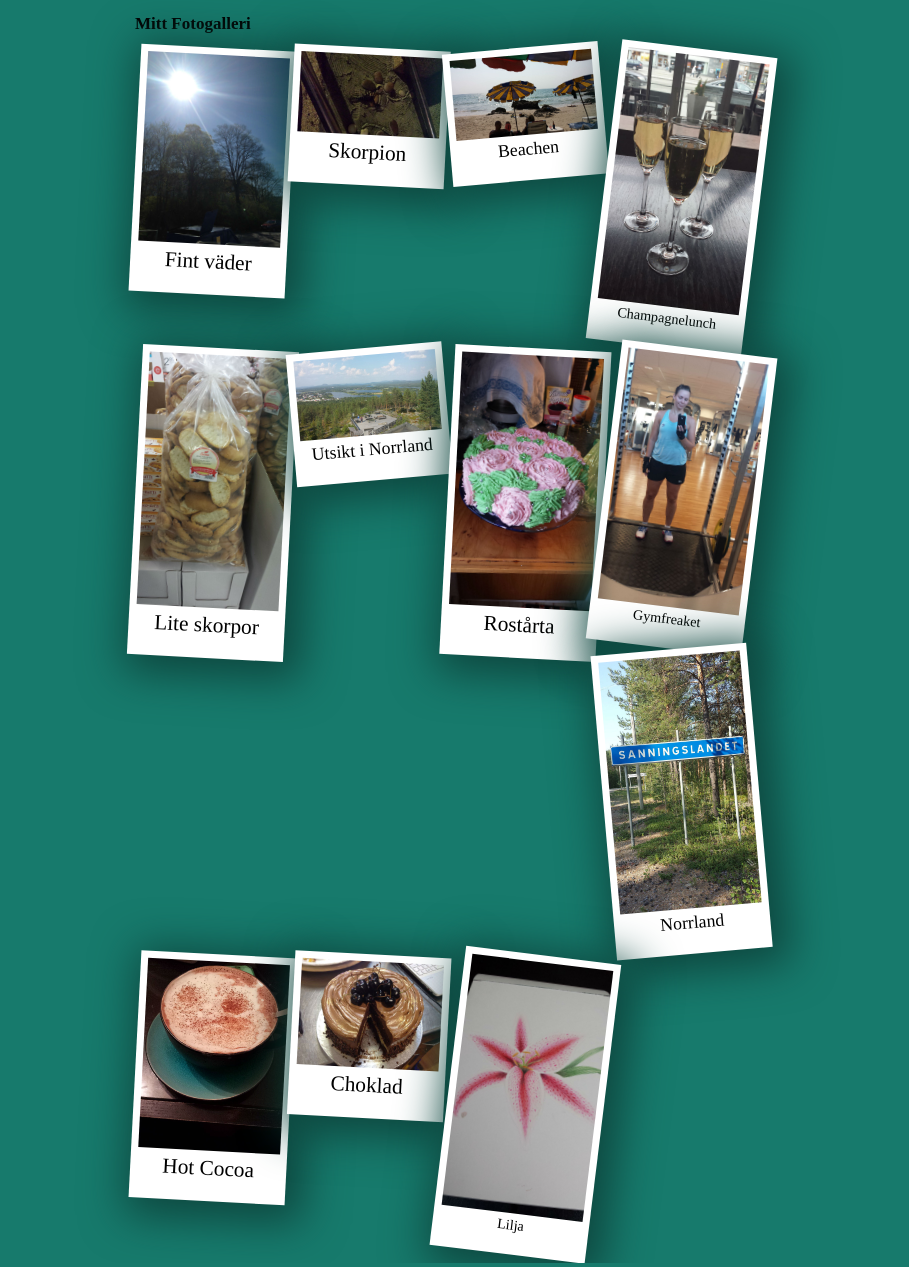
Repository: jc222fi/1ik415-laborationer
Page: gallery/index.html
The author's editor kept a record of every edit. The page is drawn from the files as they stood at one moment, then again after the next edit.
The browser window is 1280 px wide. The pictures show the whole page, at 71% of full size.

Above is the page before.

### gallery/index.html
<!doctype html>
<html>
    <head>
        <meta charset="utf-8" />
        <title>Johannas blogg</title>
        <link rel="icon" href="..pics/iOS.png" type="image/x-icon">
        <link rel="apple-touch-icon" href="../pics/iOS.png">
        <link rel="stylesheet" href="../css/gallery.css" />
    </head>
    <body>
        <section>
            <header>
                <h1>Mitt Fotogalleri</h1>
            </header>
            <div id="images">
                <a href="../pics/bild1.jpg" title="Fint väder"><img src="../pics/bild1.jpg" alt="Solen skiner över trädtopparna" /></a>
                <a href="../pics/bild2.jpg" title="Skorpion"><img src="../pics/bild2.jpg" alt="En skorpion som kryper på en stenmur" /></a>
                <a href="../pics/bild3.jpg" title="Beachen"><img src="../pics/bild3.jpg" alt="Solstolar på stranden vid havet" /></a>
                <a href="../pics/bild4.jpg" title="Champagnelunch"><img src="../pics/bild4.jpg" alt="Tre champagneglas med bubbel" /></a>
                <a href="../pics/bild5.jpg" title="Lite skorpor"><img src="../pics/bild5.jpg" alt="En stor säck med massa skorpor" /></a>
                <a href="../pics/bild6.jpg" title="Utsikt i Norrland"><img src="../pics/bild6.jpg" alt="Utsikten från utsiktsplatsen i Överkalix" /></a>
                <a href="../pics/bild7.jpg" title="Rostårta"><img src="../pics/bild7.jpg" alt="En gräddtårta med rosmönster" /></a>
                <a href="../pics/bild8.jpg" title="Gymfreaket"><img src="../pics/bild8.jpg" alt="Bild på mig när jag gymmar" /></a>
                <a href="../pics/bild9.jpg" title="Norrland"><img src="../pics/bild9.jpg" alt="Bild på vägskylt med Sanningslandet" /></a>
                <a href="../pics/bild10.jpg" title="Hot Cocoa"><img src="../pics/bild10.jpg" alt="Varm choklad" /></a>
                <a href="../pics/bild11.jpg" title="Choklad"><img src="../pics/bild11.jpg" alt="Chokladtårta" /></a>
                <a href="../pics/bild12.jpg" title="Lilja"><img src="../pics/bild12.jpg" alt="En målad lilja" /></a>
            </div>
        </section>
    </body>
</html>

### css/gallery.css
/*Layout, färg och text*/
body{
    background-color:#177a6c;
    font-family: 'Indie Flower', cursive;
}
section{
    width:900px;
    margin:0 auto;
}
#images a{
    width:200px;
    float:left;
    background-color:white;
    padding: 10px 10px 30px 10px;
    box-shadow:10px 10px 60px 15px #0e473f;
    -webkit-transform:rotate(3deg);
    text-decoration:none;
    text-align:center;
    font-size:30px;
    z-index:0;
}
    #images a:nth-child(3n){
        -webkit-transform:rotate(-5deg);
        font-size:25px;
    }
    #images a:nth-child(4n){
        -webkit-transform:rotate(7deg);
        font-size:20px;
    }
    #images a:after{
        color:black;
        content:attr(title);
    }
img{
    width:100%;
    height:100%;
    position:relative;
}

/*Beteende*/
#images a:hover{
    position:relative;
    z-index:80;
    -webkit-transition:all 0.5s linear;
    -webkit-transform:rotate(0deg);
    -webkit-transform:scale(1.2);
    box-shadow
}

After the next edit:
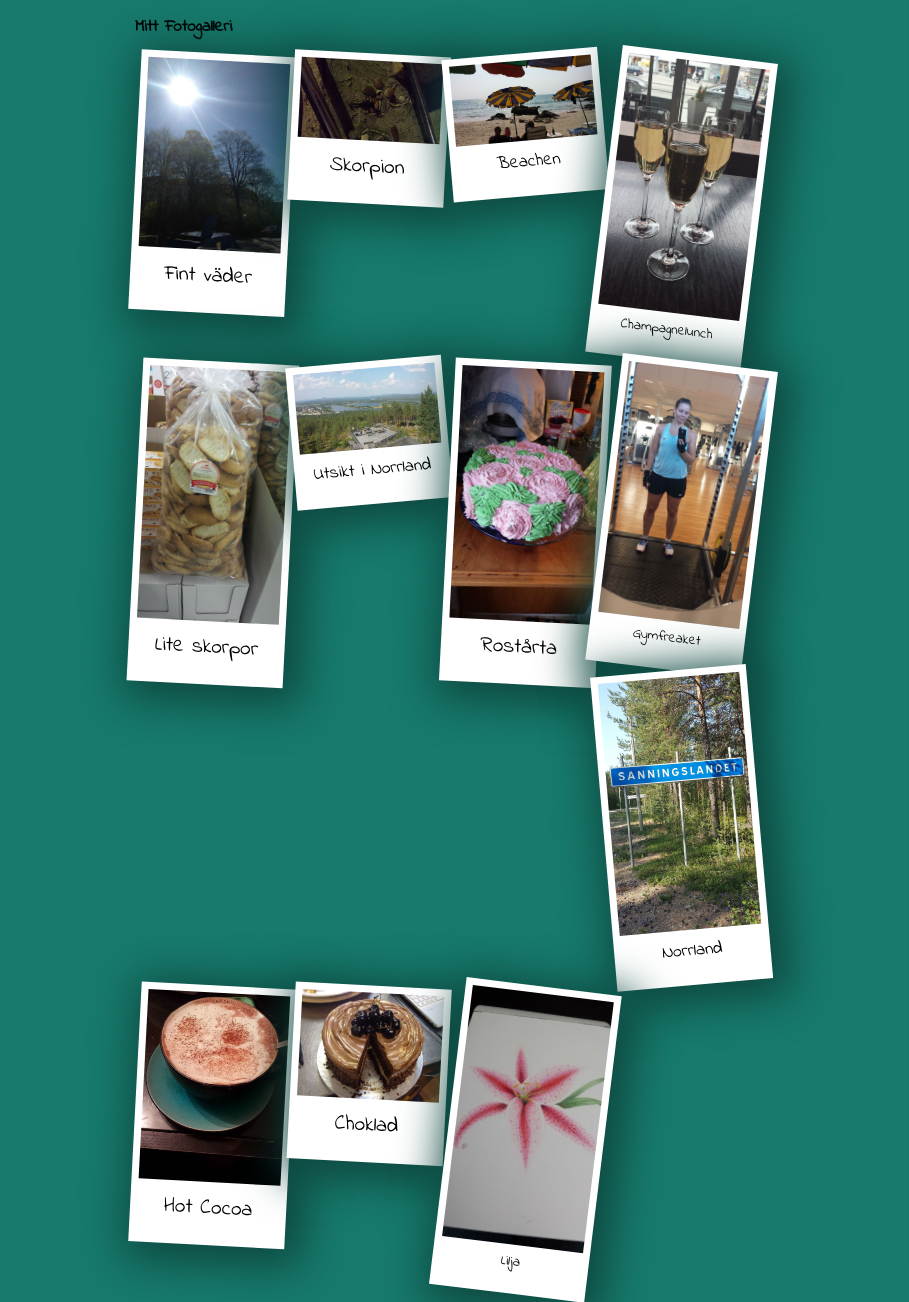
The edit:
--- a/gallery/index.html
+++ b/gallery/index.html
@@ -3,7 +3,8 @@
     <head>
         <meta charset="utf-8" />
         <title>Johannas blogg</title>
-        <link rel="icon" href="..pics/iOS.png" type="image/x-icon">
+        <link href="http://fonts.googleapis.com/css?family=Indie+Flower" rel="stylesheet" type="text/css">
+        <link rel="icon" href="../pics/iOS.png" type="image/x-icon">
         <link rel="apple-touch-icon" href="../pics/iOS.png">
         <link rel="stylesheet" href="../css/gallery.css" />
     </head>
